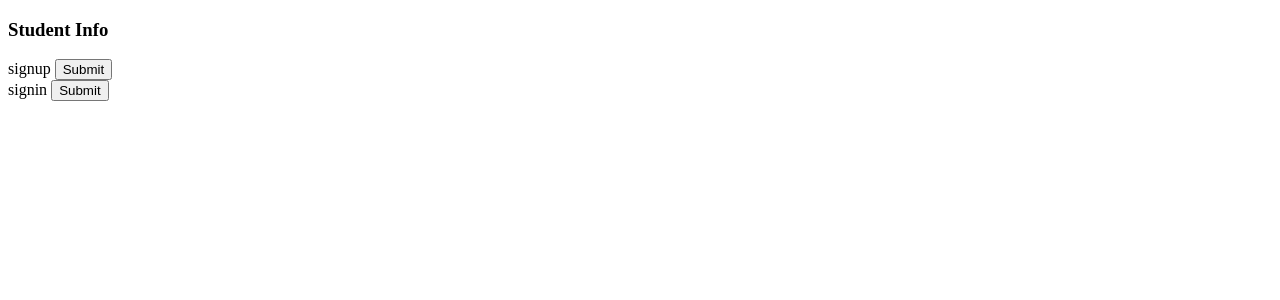
Repository: mxd369/webprogramming2
Page: studentInfo/WebContent/index.html
These files come from the project's save history. The page is drawn as it stood at one moment and after the next save; the edit follows.
The browser window is 1280 px wide. The pictures show the whole page.

Above is the page before, as saved 2017-02-26 01:24:50.

### studentInfo/WebContent/index.html
<!DOCTYPE html>
<html>
<head>
<meta charset="UTF-8">
<title>Student Login</title>
</head>
<body>
	<h3>Student Info</h3>
	<form action="StudentServlet">
		signup
		<inout name="">
		<input type="submit">
	</form>
<br/>
	<form action="StudentServlet">
		signin
		<inout name="">
		<input type="submit">
	</form>
</body>
</html>

After the next save:
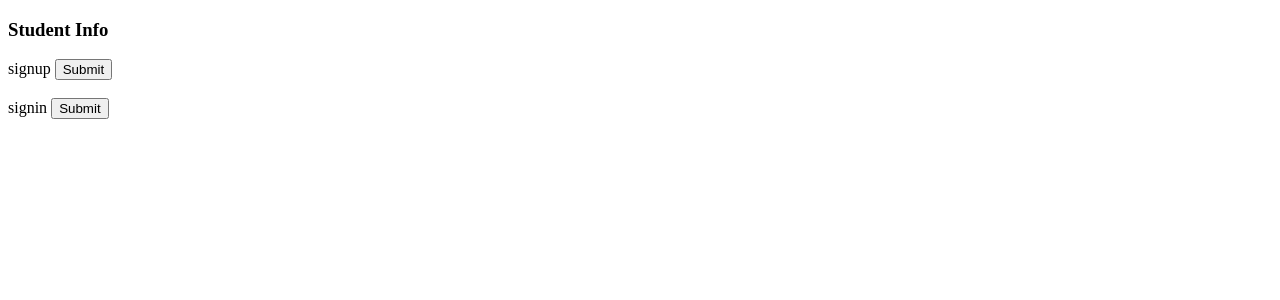
Saved 27 min 29 s later.
--- a/studentInfo/WebContent/index.html
+++ b/studentInfo/WebContent/index.html
@@ -8,13 +8,11 @@
 	<h3>Student Info</h3>
 	<form action="StudentServlet">
 		signup
-		<inout name="">
 		<input type="submit">
 	</form>
 <br/>
 	<form action="StudentServlet">
 		signin
-		<inout name="">
 		<input type="submit">
 	</form>
 </body>
